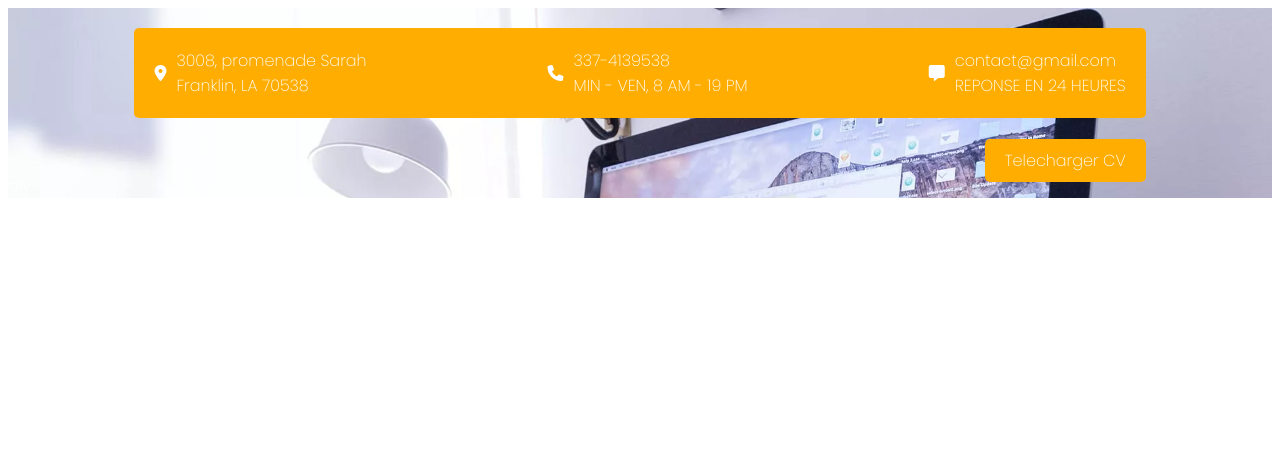
Repository: wadelfadill/CV_PORTFOLIO
Page: index.html
An editor plug-in stored every save of this project. The page is shown before and after the next save, followed by the edit.
The browser window is 1280 px wide. The pictures show the whole page.

Above is the page before, as saved 2023-03-13 12:37:35.

After the next save:
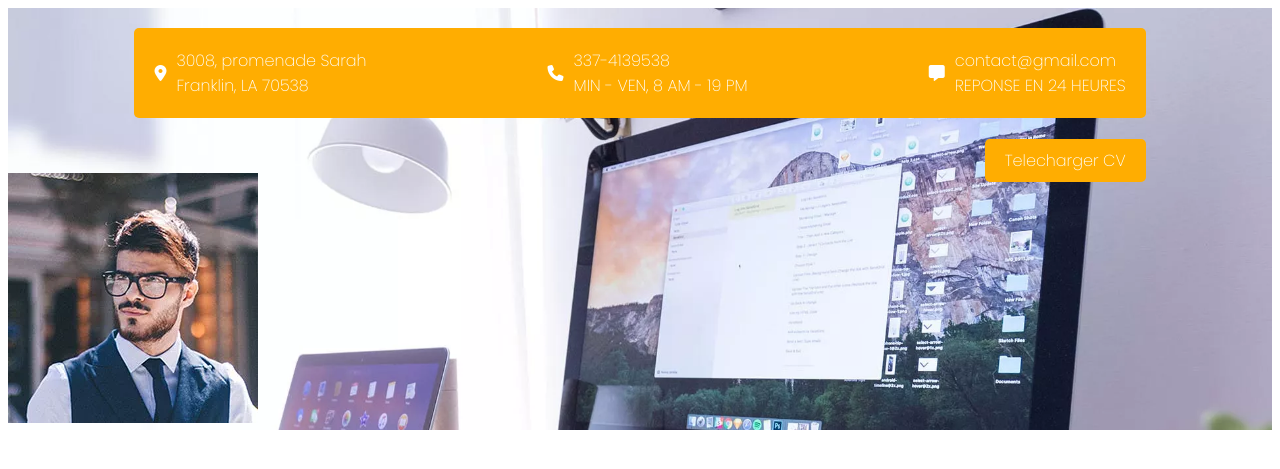
Saved 45 s later.
--- a/index.html
+++ b/index.html
@@ -39,7 +39,9 @@
             </div>
         </div>
         <div class="presentation">
-            div.
+            <div class="profil">
+                <img src="images/profile.jpg" alt="">
+            </div>
 
         </div>
     </header>
